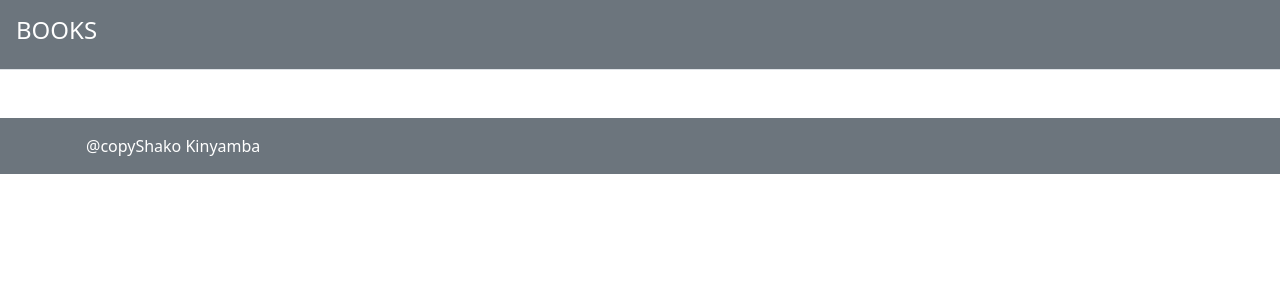
Repository: SKB-TECH/Books
Page: /
An editor plug-in stored every save of this project. The page is shown before and after a run of saves, followed by the edit.
The browser window is 1280 px wide. The pictures show the whole page.
The project was rebuilt for these pictures with package versions that can differ from the ones it lists, and the page was loaded fresh each time. Also part of the build but not shown: vite.config.js.

Above is the page before, as saved 2022-11-09 15:38:19.

After the next 2 saves:
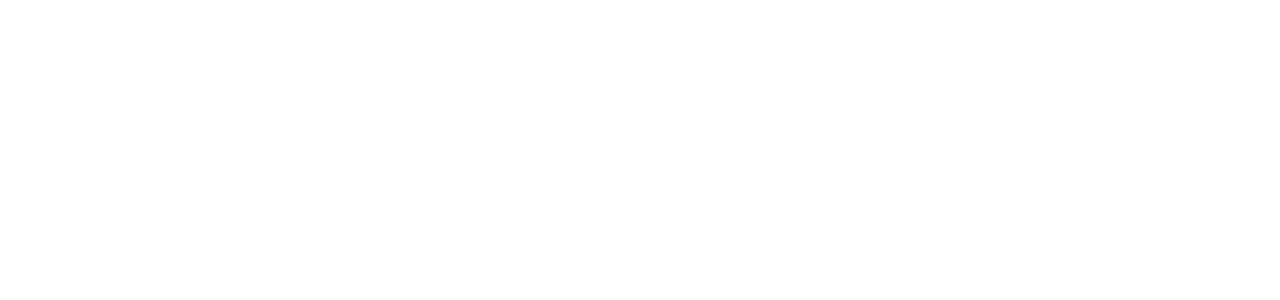
Console error: ReferenceError: main is not defined
The 2 saves are shown as one change because they came seconds apart.
The last was saved 7 s later.
--- a/src/Containers/AddBooks.jsx
+++ b/src/Containers/AddBooks.jsx
@@ -2,7 +2,7 @@
 
 const AddBooks = () => {
     return (
-        <main>
+        <main role={main}>
             <div>
 
             </div>

After the 2 saves that followed:
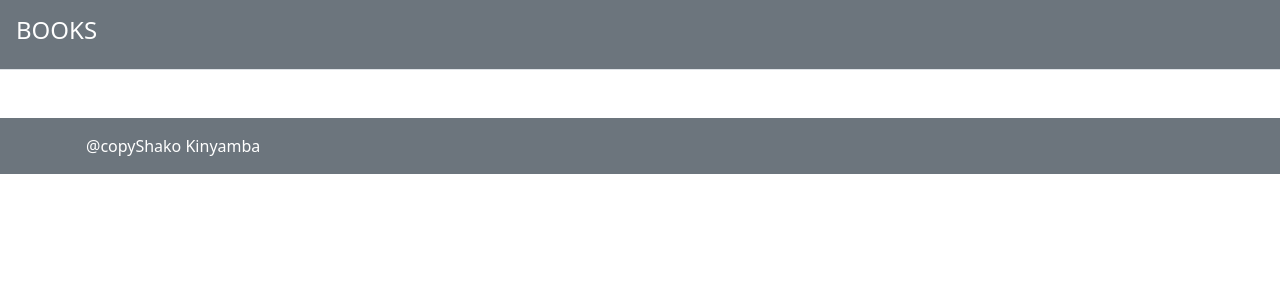
The error is gone.
The 2 saves are shown as one change because they came seconds apart.
The last was saved 14 s later.
--- a/src/Containers/AddBooks.jsx
+++ b/src/Containers/AddBooks.jsx
@@ -2,7 +2,7 @@
 
 const AddBooks = () => {
     return (
-        <main role={main}>
+        <main role="main">
             <div>
 
             </div>
